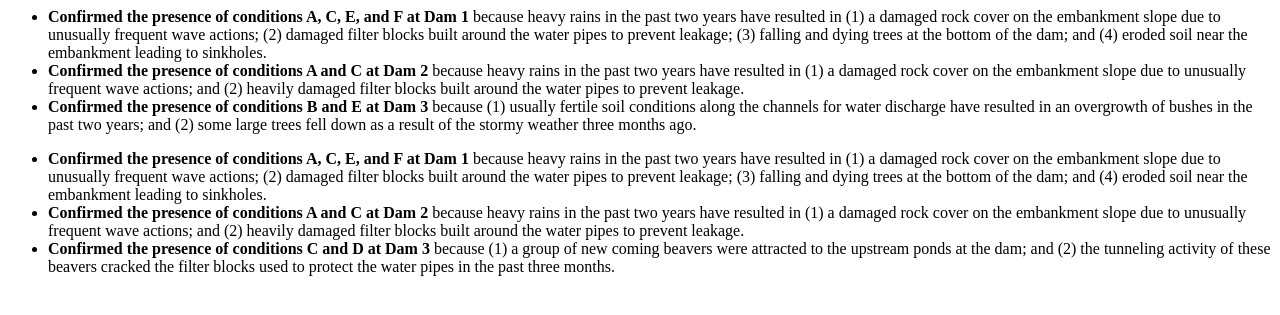
Repository: zmikaya/behavecon
Page: templates/group/info_sets/set2.html
The author's editor kept a record of every edit. The page is drawn from the files as they stood at one moment, then again after the next edit.
The browser window is 1280 px wide. The pictures show the whole page.
The template is drawn by Django 2.2. The application's start-up code is not run. Other server files are loaded and not shown. The template is opened directly, without the code that normally fills it, so the values that code supplies are empty.

Above is the page before.

### templates/group/info_sets/set2.html
<ul>
    <li><b>Confirmed the presence of conditions A, C, E,
        and F at Dam 1</b> because heavy rains in the past two
        years have resulted in (1) a damaged rock cover on the
        embankment slope due to unusually frequent wave actions;
        (2) damaged filter blocks built around the water pipes
        to prevent leakage; (3) falling and dying trees at the
        bottom of the dam; and (4) eroded soil near the
        embankment leading to sinkholes.
    </li>
    <li><b>Confirmed the presence of conditions A and C at
        Dam 2</b> because heavy rains in the past two years
        have resulted in (1) a damaged rock cover on the
        embankment slope due to unusually frequent wave actions;
        and (2) heavily damaged filter blocks built around the
        water pipes to prevent leakage.
    </li>
    <li><b>Confirmed the presence of conditions B and E at Dam 3</b>
        because (1) usually fertile soil conditions along the channels for
        water discharge have resulted in an overgrowth of bushes in the past
        two years; and (2) some large trees fell down as a result of the stormy
        weather three months ago.
    </li>
</ul>








<ul>
    <li><b>Confirmed the presence of conditions A, C, E,
        and F at Dam 1</b> because heavy rains in the past two
        years have resulted in (1) a damaged rock cover on the
        embankment slope due to unusually frequent wave actions;
        (2) damaged filter blocks built around the water pipes
        to prevent leakage; (3) falling and dying trees at the
        bottom of the dam; and (4) eroded soil near the
        embankment leading to sinkholes.
    </li>
    <li><b>Confirmed the presence of conditions A and C at
        Dam 2</b> because heavy rains in the past two years
        have resulted in (1) a damaged rock cover on the
        embankment slope due to unusually frequent wave actions;
        and (2) heavily damaged filter blocks built around the
        water pipes to prevent leakage.
    </li>
    <li><b>Confirmed the presence of conditions C and
        D at Dam 3</b>  because (1) a group of new coming beavers
        were attracted to the upstream ponds at the dam; and (2)
        the tunneling activity of these beavers cracked the
        filter blocks used to protect the water pipes in the
        past three months.
    </li>
</ul>

After the next edit:
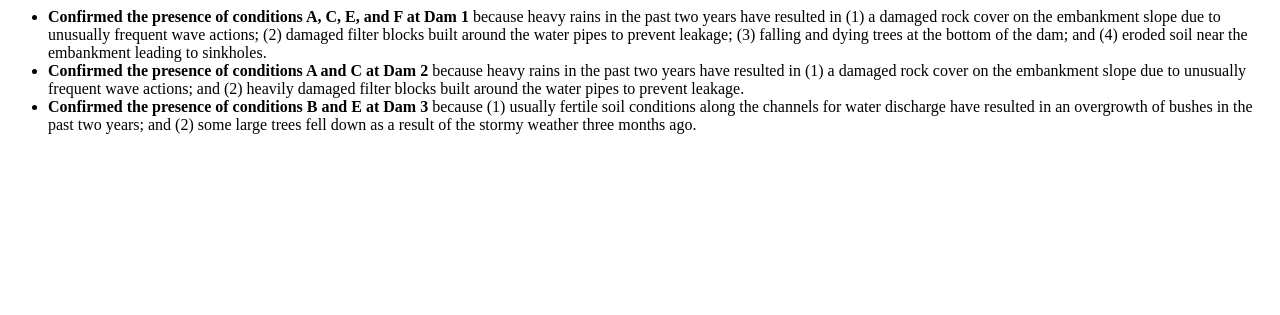
The edit:
--- a/templates/group/info_sets/set2.html
+++ b/templates/group/info_sets/set2.html
@@ -22,36 +22,3 @@
         weather three months ago.
     </li>
 </ul>
-
-
-
-
-
-
-
-
-<ul>
-    <li><b>Confirmed the presence of conditions A, C, E,
-        and F at Dam 1</b> because heavy rains in the past two
-        years have resulted in (1) a damaged rock cover on the
-        embankment slope due to unusually frequent wave actions;
-        (2) damaged filter blocks built around the water pipes
-        to prevent leakage; (3) falling and dying trees at the
-        bottom of the dam; and (4) eroded soil near the
-        embankment leading to sinkholes.
-    </li>
-    <li><b>Confirmed the presence of conditions A and C at
-        Dam 2</b> because heavy rains in the past two years
-        have resulted in (1) a damaged rock cover on the
-        embankment slope due to unusually frequent wave actions;
-        and (2) heavily damaged filter blocks built around the
-        water pipes to prevent leakage.
-    </li>
-    <li><b>Confirmed the presence of conditions C and
-        D at Dam 3</b>  because (1) a group of new coming beavers
-        were attracted to the upstream ponds at the dam; and (2)
-        the tunneling activity of these beavers cracked the
-        filter blocks used to protect the water pipes in the
-        past three months.
-    </li>
-</ul>
